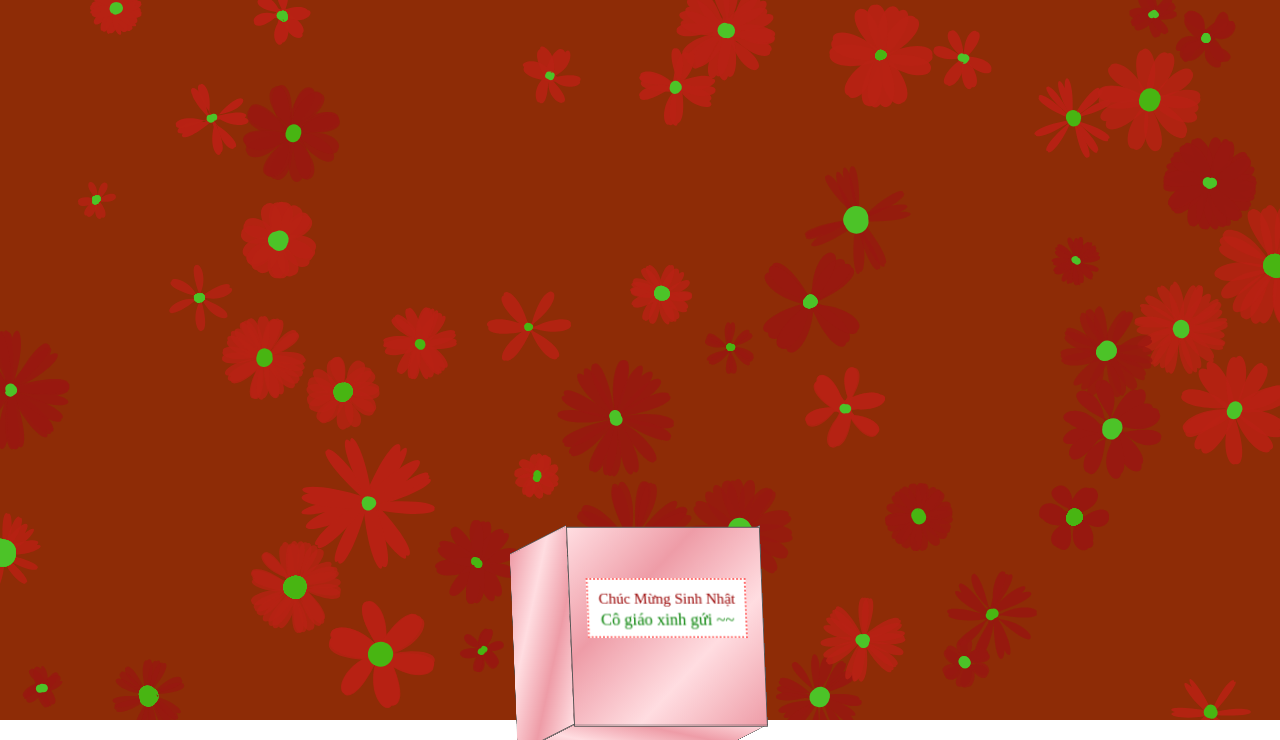
Repository: longhuu2204/click-me
Page: index.html
An editor plug-in stored every save of this project. The page is shown before and after the next save, followed by the edit.
The browser window is 1280 px wide. The pictures show the whole page.

Above is the page before, as saved 2023-03-10 23:40:32.

After the next save:
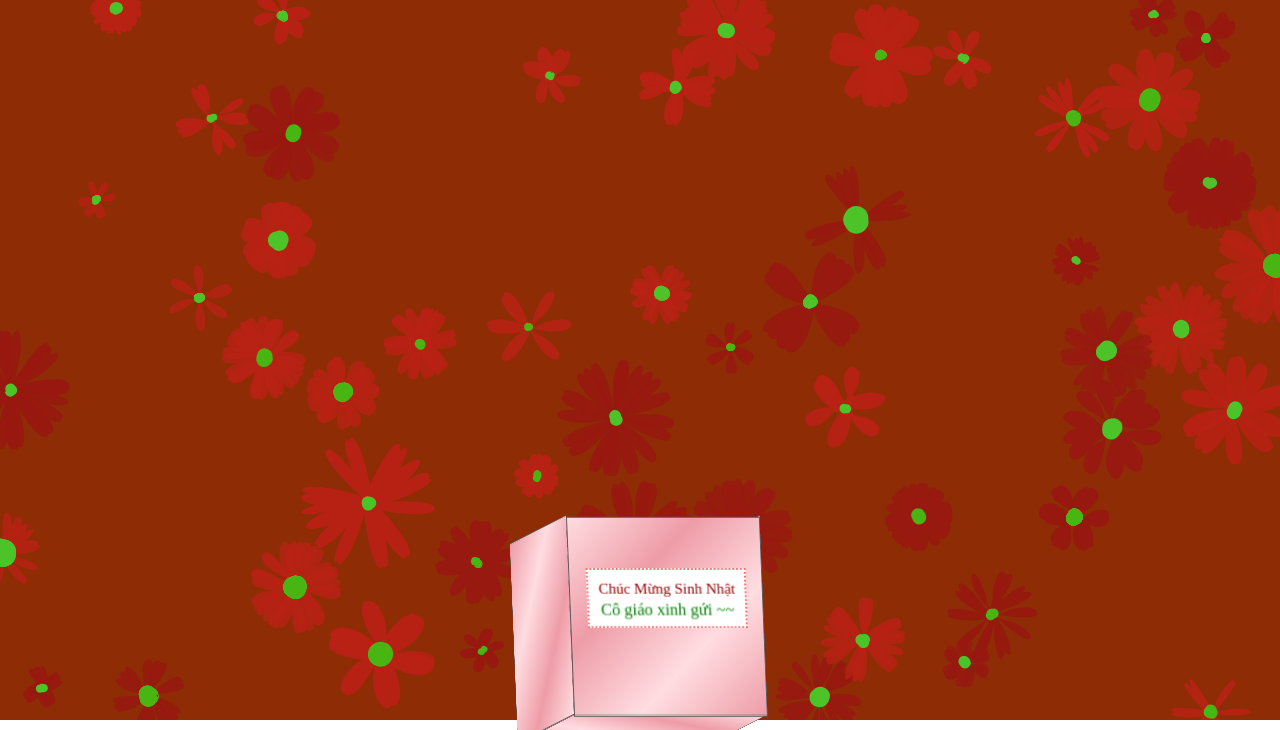
Saved 12 s later.
--- a/present.css
+++ b/present.css
@@ -33,7 +33,7 @@ body {
   display: flex;
   align-self: flex-end;
   position: absolute;
-  transform: translate(0, 20px);
+  transform: translate(0, 10px);
 }
 
 .present-box {
